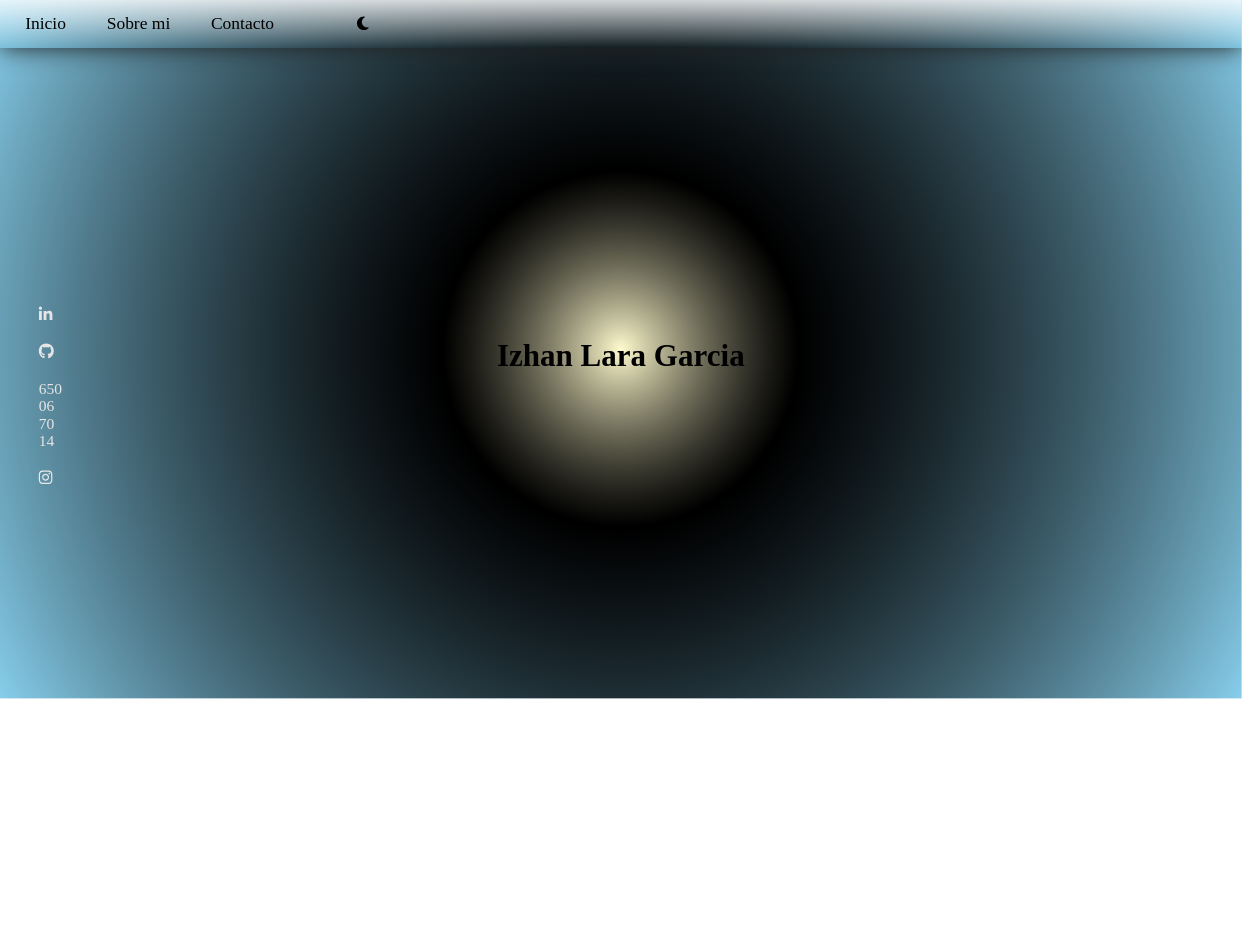
Repository: izhanlaraagarcia/izhanlaraagarcia.github.io
Page: / (app in vite-project/)
The author's editor kept a copy of each file at every save. The page is drawn from the files as they stood at one save, then again after the next save.
The browser window is 1280 px wide. The pictures show the whole page, at 97% of full size.
The project was rebuilt for these pictures with package versions that can differ from the ones it lists, and the page was loaded fresh each time. Also part of the build but not shown: vite-project/vite.config.js, vite-project/src/pages/About/styles/about.scss, vite-project/src/pages/About/about.jsx, vite-project/src/pages/Contact/contact.jsx.

Above is the page before, as saved 2024-08-19 13:25:53.

After the next save:
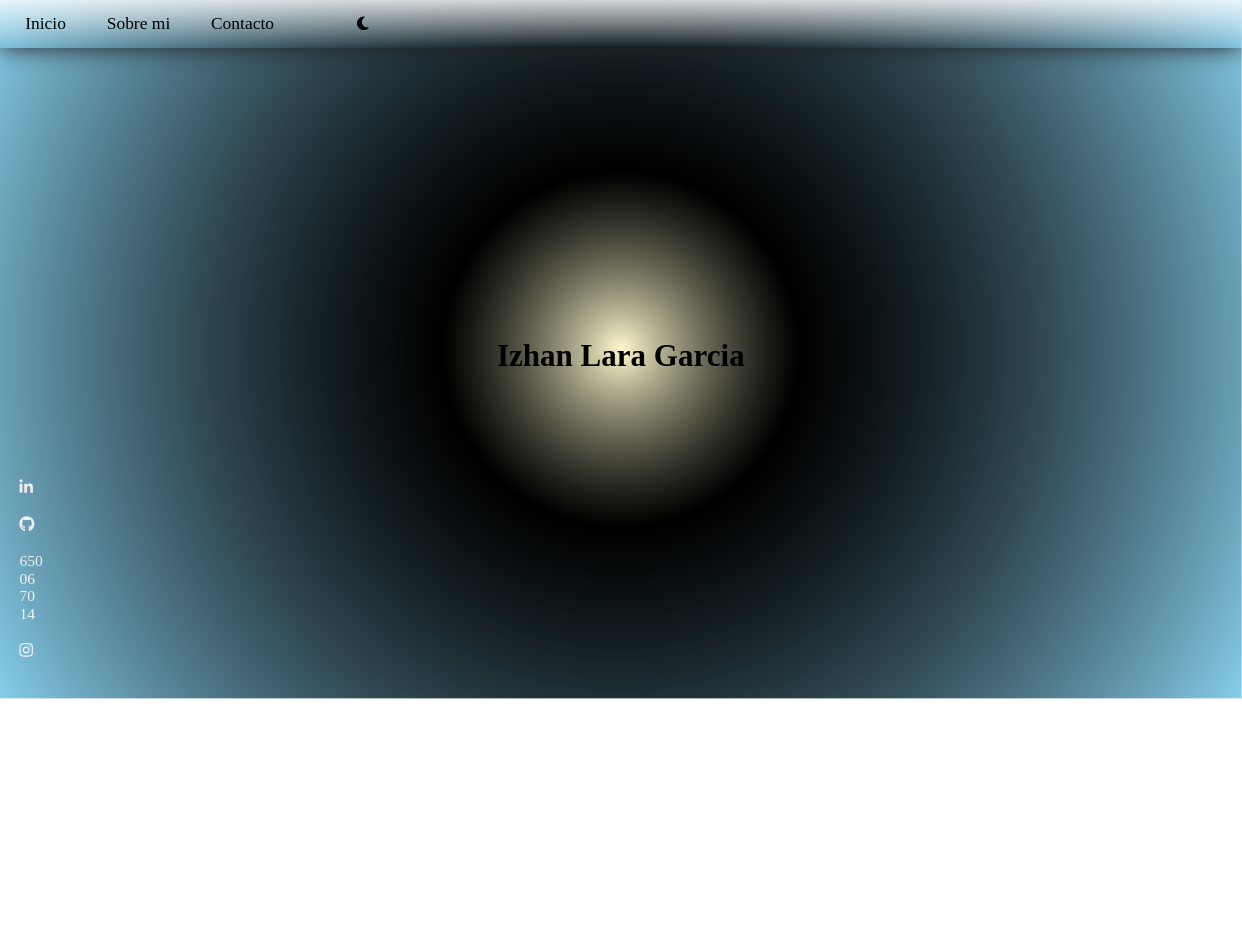
Saved 7 s later.
--- a/vite-project/src/Componentes-Generales/styles/social.scss
+++ b/vite-project/src/Componentes-Generales/styles/social.scss
@@ -1,5 +1,7 @@
 .social-media-container {
-  position: absolute;
+  position: absolute; // Posiciona el contenedor en la parte inferior
+  bottom: 0; // Posiciona el contenedor en la parte inferior
+  left: 0; // Posiciona el contenedor en la parte izquierda
   padding: 20px; // Agrega un padding para que no se peguen a los bordes
   ul {
     list-style: none; // Elimina los puntos de la lista
